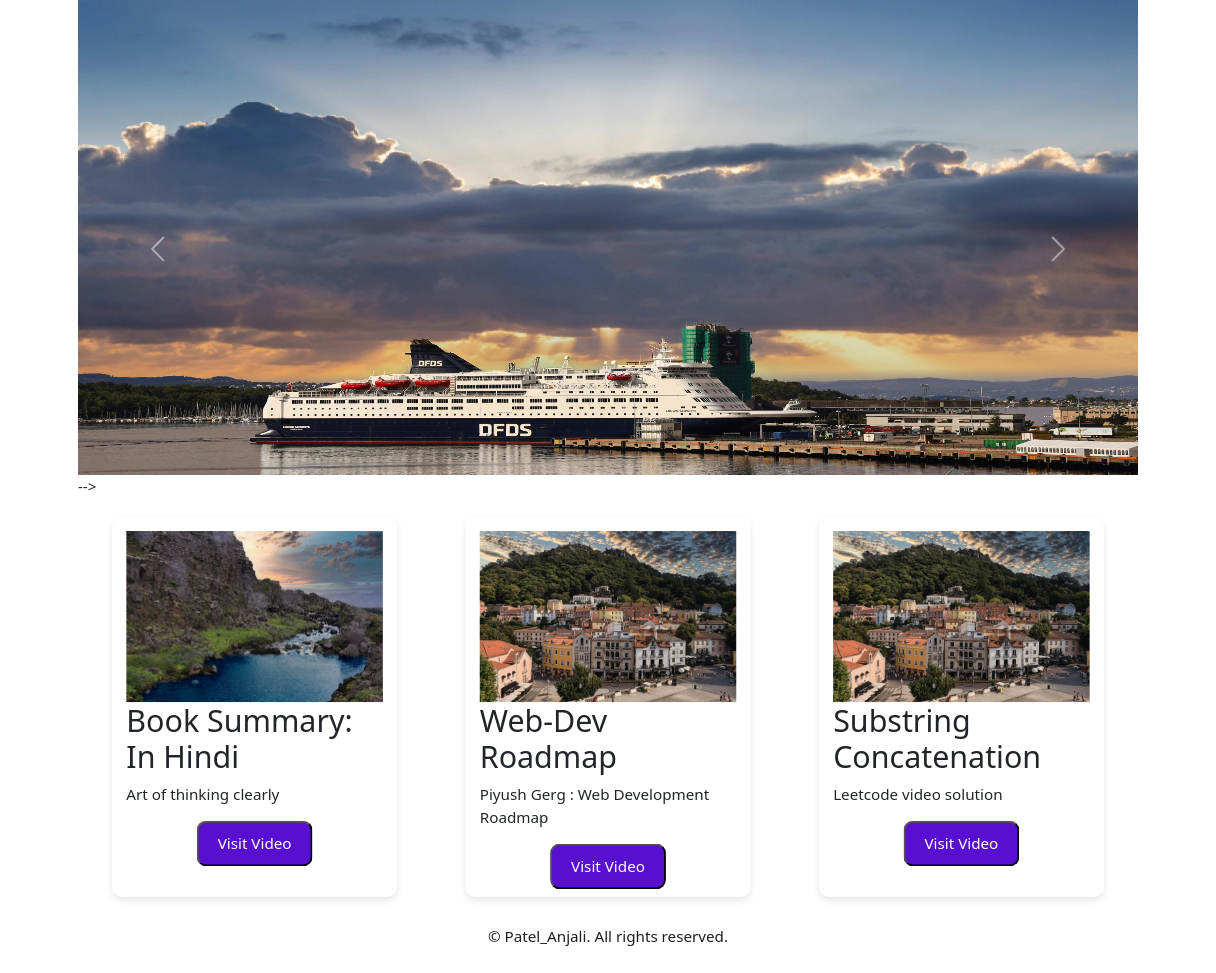
Repository: anjalipatel-dev/web-dev-learning-journey
Page: 03_html_css_ui_pages/06_yt-card-UI/index.html
These files come from the project's save history. The page is drawn as it stood at one moment and after the next save; the edit follows.
The browser window is 1280 px wide. The pictures show the whole page, at 95% of full size.
The pointer rests on the first visible `.card-footer button`.

Above is the page before, as saved 2025-10-11 17:46:16.

After the next save:
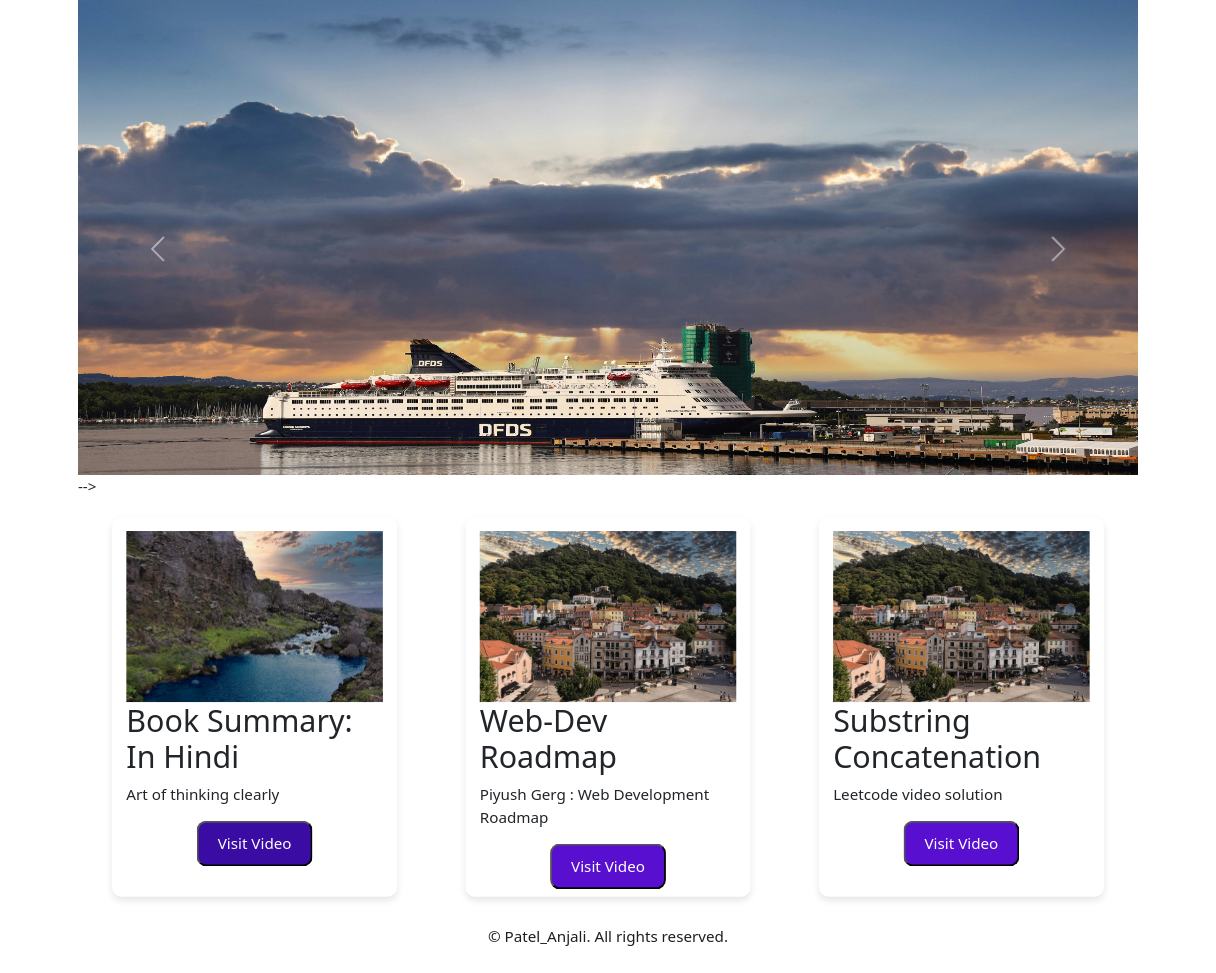
Saved 16 s later.
--- a/03_html_css_ui_pages/06_yt-card-UI/styles.css
+++ b/03_html_css_ui_pages/06_yt-card-UI/styles.css
@@ -47,6 +47,11 @@
     text-decoration: none;
     color: white;
 }
+.card-footer button:hover{
+    background-color: #3a0ca3;
+    cursor: pointer;
+    transition: all 0.3s ease;
+}
 .footer{
     text-align: center;
     padding: 10px;
